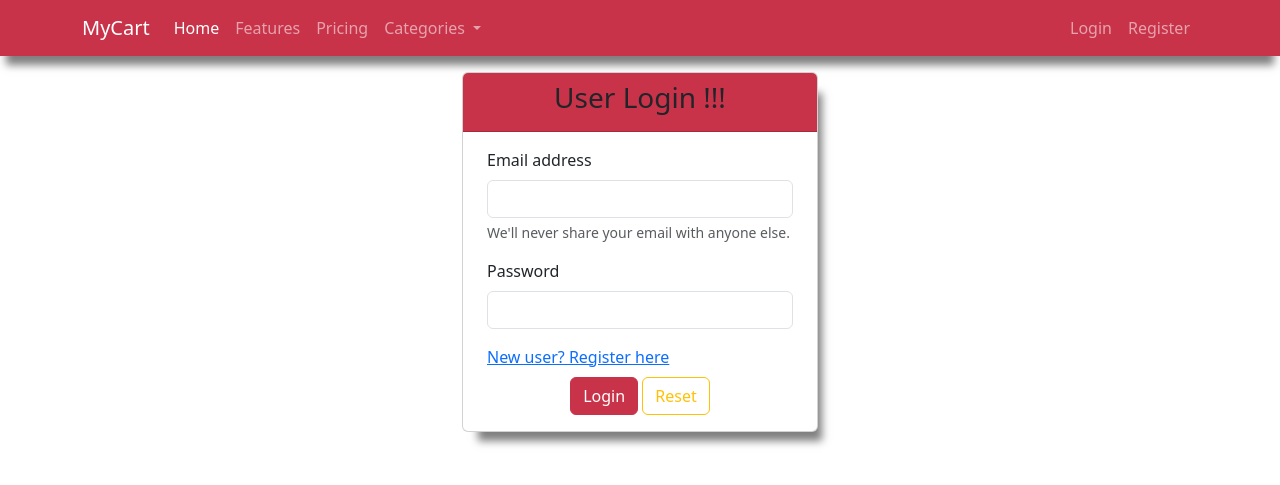
Repository: siddhant-gore/java-ecommerce
Page: http://localhost/myCart/login.jsp
An editor plug-in stored every save of this project. The page is shown before and after the next save, followed by the edit.
The browser window is 1280 px wide. The pictures show the whole page.
The page is served by Tomcat 9. Other server files are loaded and not shown.

Above is the page before, as saved 2023-05-09 10:48:09.

### myCart/src/main/webapp/login.jsp
<%@ page language="java" contentType="text/html; charset=ISO-8859-1"
	pageEncoding="ISO-8859-1"%>
<!DOCTYPE html>
<html>
<head>
<meta charset="ISO-8859-1">
<title>MyCart -Login</title>
<%@include file="components/common_css_js.jsp"%>
</head>
<body>
	<%@include file="components/navbar.jsp"%>

	<div class="container">
		<div class="row">
			<div class=" col-md-4 offset-md-4">
				<div class="card mycart-form-shadow">
					<div class="card-header mycart-bg text-center">
						<h3>User Login !!!</h3>
					</div>
						<%@include file="components/message.jsp"%>

					<div class="card-body px-4">
						<form action="loginServlet" method="post">
							<div class="mb-3">
								<label for="exampleInputEmail1" class="form-label">Email address</label>
								 <input name="email" type="email" class="form-control"
									id="exampleInputEmail1" aria-describedby="emailHelp" required>
								<div id="emailHelp" class="form-text">We'll never share
									your email with anyone else.</div>
							</div>
							<div class="mb-3">
								<label for="exampleInputPassword1" class="form-label">Password</label>
								<input name="password" type="password" class="form-control"
									id="exampleInputPassword1" required>
							</div>
							<a href="register.jsp">New user? Register here</a>
							<div class="container text-center mt-2">
								<button type="submit"
									class="text-center mycart-btn btn btn-primary">Login</button>
								<button class="btn btn-outline-warning">Reset</button>

							</div>
						</form>

					</div>


				</div>
			</div>
		</div>
	</div>

</body>
</html>

### myCart/src/main/webapp/components/common_css_js.jsp

<!--css-->
<link href="https://cdn.jsdelivr.net/npm/bootstrap@5.3.0-alpha3/dist/css/bootstrap.min.css" rel="stylesheet" integrity="sha384-KK94CHFLLe+nY2dmCWGMq91rCGa5gtU4mk92HdvYe+M/SXH301p5ILy+dN9+nJOZ" crossorigin="anonymous">
<link rel="stylesheet" href="css/style.css">


<!-- javascript -->
<script src="https://cdn.jsdelivr.net/npm/bootstrap@5.3.0-alpha3/dist/js/bootstrap.bundle.min.js" integrity="sha384-ENjdO4Dr2bkBIFxQpeoTz1HIcje39Wm4jDKdf19U8gI4ddQ3GYNS7NTKfAdVQSZe" crossorigin="anonymous"></script>
<script src="js/script.js"></script>

### myCart/src/main/webapp/components/navbar.jsp
<%@page import="com.learn.mycart.entities.User" %>
<%
		User user1 = (User)session.getAttribute("current-user");
%>

<nav class="navbar navbar-expand-lg navbar-dark navbar mb-3 bg-body-tertiary mycart-bg">


  <div class="container">
    <a class="navbar-brand" href="index.jsp">MyCart</a>
    <button class="navbar-toggler" type="button" data-bs-toggle="collapse" data-bs-target="#navbarNavDropdown" aria-controls="navbarNavDropdown" aria-expanded="false" aria-label="Toggle navigation">
      <span class="navbar-toggler-icon"></span>
    </button>
    <div class="collapse navbar-collapse" id="navbarNavDropdown">
      <ul class="navbar-nav">
        <li class="nav-item">
          <a class="nav-link active" aria-current="page" href="index.jsp">Home</a>
        </li>
        <li class="nav-item">
          <a class="nav-link" href="#">Features</a>
        </li>
        <li class="nav-item">
          <a class="nav-link" href="#">Pricing</a>
        </li>
        <li class="nav-item dropdown">
          <a class="nav-link dropdown-toggle" href="#" role="button" data-bs-toggle="dropdown" aria-expanded="false">
            Categories
          </a>
          <ul class="dropdown-menu">
            <li><a class="dropdown-item" href="#">Action</a></li>
            <li><a class="dropdown-item" href="#">Another action</a></li>
            <li><a class="dropdown-item" href="#">Something else here</a></li>
          </ul>
        </li>
      </ul>
    </div>

    <%

    if(user1 == null){

    %>

    <ul class="navbar-nav ml-auto">
      	<li class="nav-item active">
      		<a class="nav-link" href="login.jsp">Login</a>
      	</li>
      	<li class="nav-item active">
      		<a class="nav-link" href="register.jsp">Register</a>
      	</li>

      </ul>


    <%

    }





    else{

    %>
    <ul class="navbar-nav ml-auto">
      	<li class="nav-item active">
      		<a class="nav-link" href="#!"><%= user1.getUserName() %></a>
      	</li>
      	<li class="nav-item active">
      		<a class="nav-link" href="logoutServlet">Logout</a>
      	</li>

      </ul>


    <%


    }



    %>

  </div>


</nav>

### myCart/src/main/webapp/components/message.jsp
<%
String message = (String)session.getAttribute("message");
if(message != null)
{

//	out.println(message);

%>

<div class="alert alert-success alert-dismissible fade m-1 show" role="alert">
  <strong><%=message %></strong>
  <button type="button" class="btn-close" data-bs-dismiss="alert" aria-label="Close"></button>
</div>

<%


	session.removeAttribute("message");
}

%>

### myCart/src/main/webapp/css/style.css
@charset "ISO-8859-1";

:root{

	--theme-color: #c83349;
}
.mycart-bg{
	background: var(--theme-color) !important;
}

.navbar{
	box-shadow: 0px 15px 8px -6px rgba(0, 0, 0, .5);
}

.mycart-form-shadow{
	box-shadow: 10px 15px 8px -6px rgba(0, 0, 0, .5);
}

.mycart-btn{
	background:  var(--theme-color) !important;
	border-color: var(--theme-color) !important;
}
.mycart-btn:hover{
	 box-shadow: 0px 0px 5px var(--theme-color), 0px 0px 10px var(--theme-color), 0px 0px 15px var(--theme-color), 0px 0px 50px var(--theme-color);
}

.admin .card{
	border: 1px solid;
}

.admin .card:hover{
	background: var(--theme-color);
	cursor: pointer;
}

.list-group-item.active{

	background: var(--theme-color) !important;
	border-color: var(--theme-color) !important;


}

After the next save:
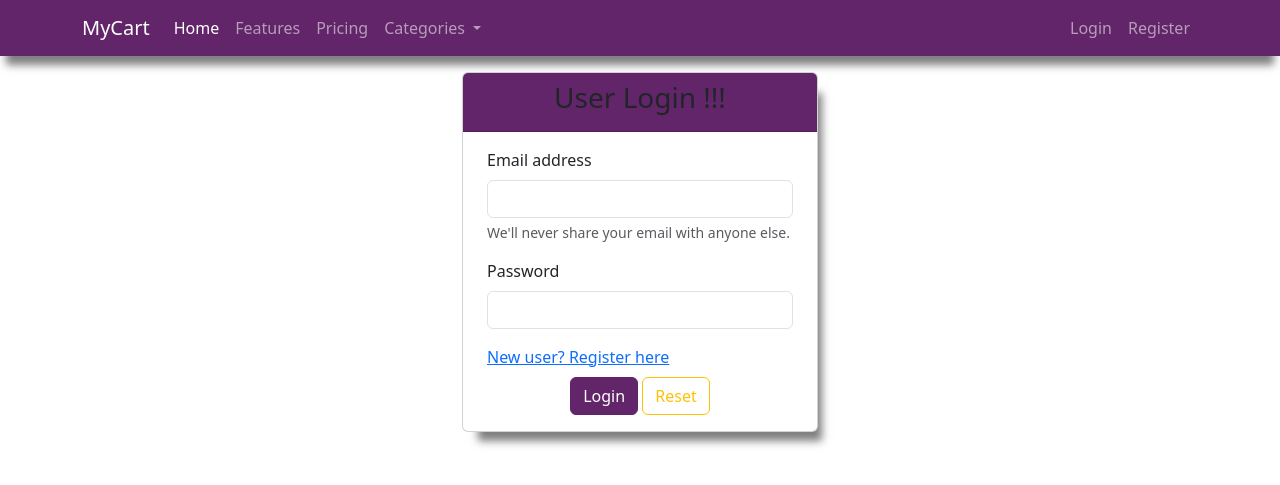
Saved 5 min 55 s later.
--- a/myCart/src/main/webapp/css/style.css
+++ b/myCart/src/main/webapp/css/style.css
@@ -2,7 +2,7 @@
 
 :root{
 
-	--theme-color: #c83349;
+	--theme-color: #622569;
 }
 .mycart-bg{
 	background: var(--theme-color) !important;
